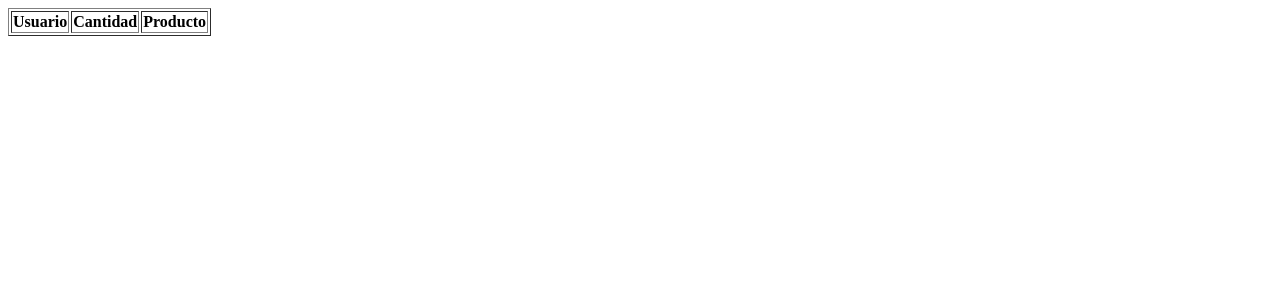
Repository: daniddm/TrabajaDawEcommerce
Page: http://localhost/Ecommerce_SanTierno/verVentas.jsp
These files come from the project's save history. The page is drawn as it stood at one moment and after the next save; the edit follows.
The browser window is 1280 px wide. The pictures show the whole page.
The page is served by Tomcat 9. Other server files are loaded and not shown.

Above is the page before, as saved 2021-12-08 13:20:05.

### Ecommerce_SanTierno/WebContent/verVentas.jsp
<%@ page language="java" contentType="text/html; charset=ISO-8859-1"
    pageEncoding="ISO-8859-1"%>
<%@taglib uri="http://java.sun.com/jsp/jstl/core" prefix="c" %>
<!DOCTYPE html>
<html>
<head>
<meta charset="ISO-8859-1">
<title>Insert title here</title>
</head>
<body>
	<table border="1">
		<tr>
			<th>Usuario</th>

			<th>Cantidad</th>
			<th>Producto</th>
		</tr>

		<c:forEach var="ven" items="${sessionScope.listaVentas}">
		<tr>
		  	<td>${ven.usuario.username}</td>

			<td>${ven.precioTotal}</td>
			<td>${ven.usuario.producto.nombre}</td>
	 	</tr>
		</c:forEach>
	</table>
</body>
</html>

After the next save:
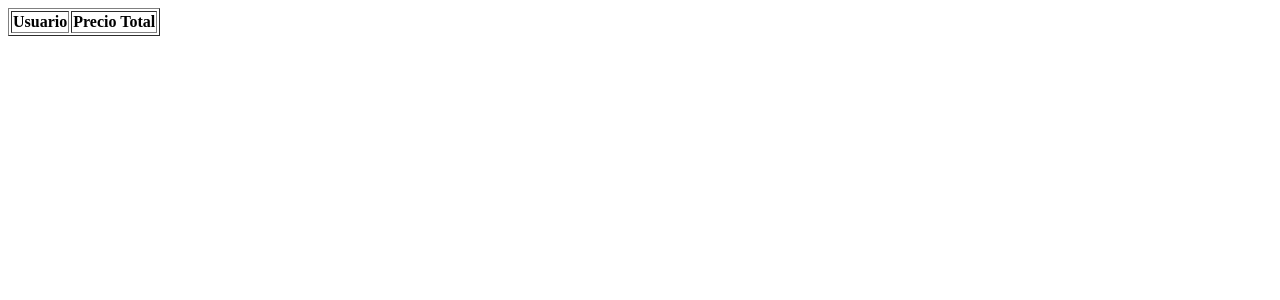
Saved 93 s later.
--- a/Ecommerce_SanTierno/WebContent/verVentas.jsp
+++ b/Ecommerce_SanTierno/WebContent/verVentas.jsp
@@ -12,8 +12,8 @@
 		<tr>
 			<th>Usuario</th>
 
-			<th>Cantidad</th>
-			<th>Producto</th>
+			<th>Precio Total</th>
+
 		</tr>
 
 		<c:forEach var="ven" items="${sessionScope.listaVentas}">
@@ -21,7 +21,7 @@
 		  	<td>${ven.usuario.username}</td>
 
 			<td>${ven.precioTotal}</td>
-			<td>${ven.usuario.producto.nombre}</td>
+
 	 	</tr>
 		</c:forEach>
 	</table>
